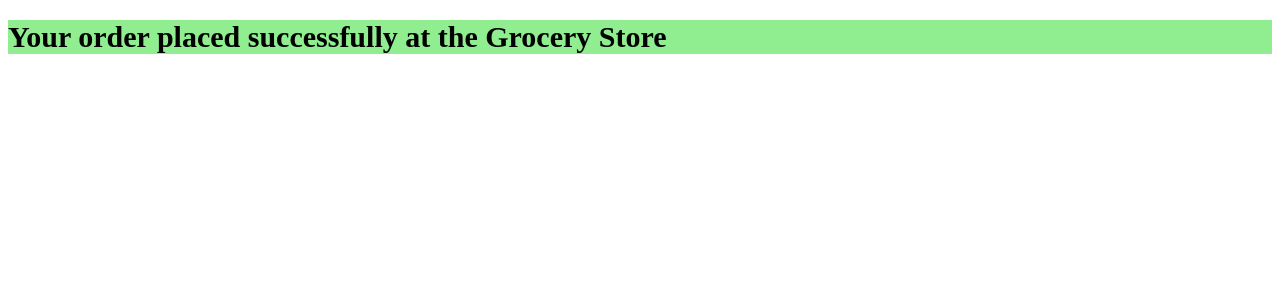
Repository: pournimapatil27/GroceryStoreMicroservice
Page: StoreLogin/src/main/resources/static/invalid.html
These files come from the project's save history. The page is drawn as it stood at one moment and after the next save; the edit follows.
The browser window is 1280 px wide. The pictures show the whole page.

Above is the page before, as saved 2021-11-29 16:29:15.

### StoreLogin/src/main/resources/static/invalid.html
<?xml version="1.0" encoding="UTF-8"?>
<!DOCTYPE html PUBLIC "-//W3C//DTD XHTML 1.0 Transitional//EN"
"http://www.w3.org/TR/xhtml1/DTD/xhtml1-transitional.dtd">
<html xmlns="http://www.w3.org/1999/xhtml"
      xmlns:h="http://java.sun.com/jsf/html">
   <h:head>
      <title>Welcome to Grocery Store</title>
   </h:head>
   <h:body>
      <h1 style="background-color:lightgreen;font-family:'Algerian';font-size:30px">Your order placed successfully at the Grocery Store</h1>
   </h:body>
</html>

After the next save:
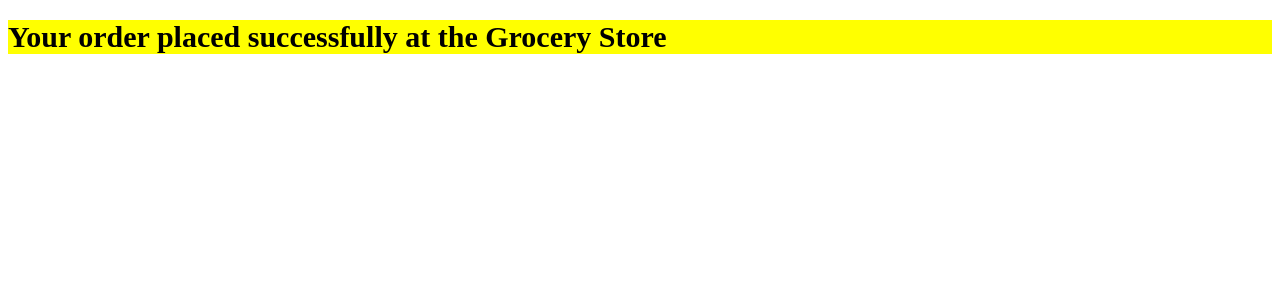
Saved 9 s later.
--- a/StoreLogin/src/main/resources/static/invalid.html
+++ b/StoreLogin/src/main/resources/static/invalid.html
@@ -7,6 +7,6 @@
       <title>Welcome to Grocery Store</title>
    </h:head>
    <h:body>
-      <h1 style="background-color:lightgreen;font-family:'Algerian';font-size:30px">Your order placed successfully at the Grocery Store</h1>
+      <h1 style="background-color:yellow;font-family:'Algerian';font-size:30px">Your order placed successfully at the Grocery Store</h1>
    </h:body>
 </html>
